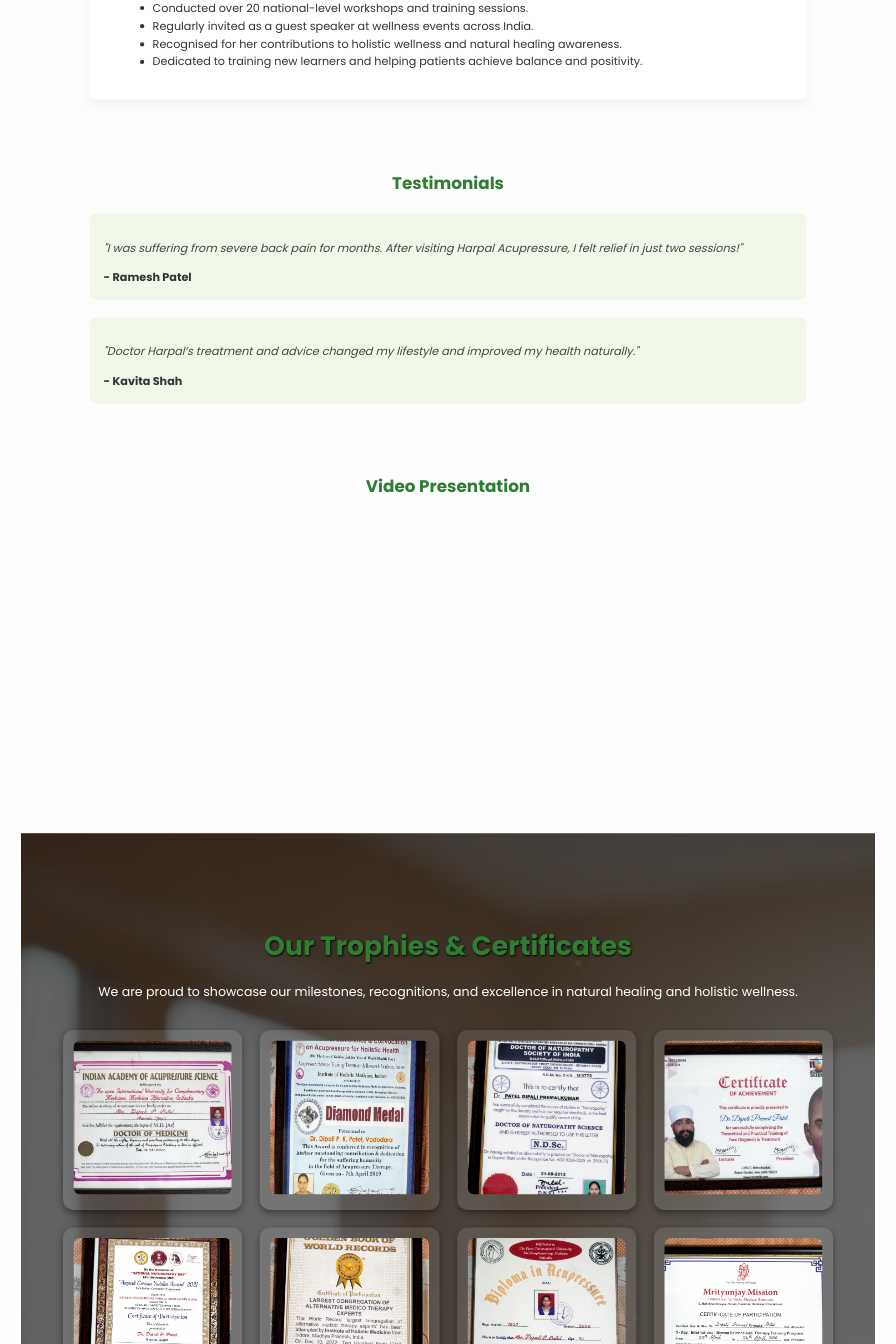
Repository: swasthiik/my-websites
Page: about.html
These files come from the project's save history. The page is drawn as it stood at one moment and after the next save; the edit follows.
The browser window is 1280 px wide. The pictures show the part of the page from y = 908 to 2828 px (the page is 4483 px tall before and 4048 px after), at 70% of full size.
Pictures or frames that could not be fetched are drawn as grey boxes.

Above is the page before, as saved 2025-10-28 01:22:21.

### about.html
<!DOCTYPE html>
<html lang="en">
<head>
  <meta charset="UTF-8">
  <meta name="viewport" content="width=device-width, initial-scale=1.0">
  <title>About – Harpal Acupressure</title>
  <link href="https://fonts.googleapis.com/css2?family=Poppins:wght@300;400;600;700&display=swap" rel="stylesheet">
  <style>
    body {
      margin: 0;
      font-family: 'Poppins', sans-serif;
      background: #fdfdfd;
      color: #333;
      line-height: 1.6;
    }
    header {
      background: #2e7d32;
      color: white;
      padding: 15px 20px;
      text-align: center;
      font-size: 1.4rem;
      font-weight: 600;
      letter-spacing: 1px;
    }
    section {
      padding: 40px 10%;
      max-width: 1100px;
      margin: auto;
    }
    h2 {
      text-align: center;
      color: #2e7d32;
      margin-bottom: 20px;
    }
    .content-box {
      background: #fff;
      padding: 25px;
      border-radius: 10px;
      box-shadow: 0 6px 16px rgba(0,0,0,0.05);
    }
    ul {
      list-style: disc;
      margin-left: 25px;
    }
    iframe {
      display: block;
      margin: 30px auto;
      border-radius: 10px;
    }
    .testimonial {
      background: #f1f8e9;
      padding: 20px;
      border-radius: 10px;
      margin-top: 25px;
    }
    .testimonial p {
      font-style: italic;
      color: #444;
    }

    /* Achievements Section */
    #achievements {
      background: url('images/background5.jpg') no-repeat center/cover;
      padding: 100px 60px;
      color: #fff;
      text-align: center;
      position: relative;
      margin-top: 60px;
    }
    #achievements::before {
      content: '';
      position: absolute;
      top: 0; left: 0;
      width: 100%; height: 100%;
      background: rgba(0,0,0,0.6);
    }
    #achievements .inner { position: relative; z-index: 1; }
    #achievements h2 {
      font-size: 38px;
      margin-bottom: 20px;
      text-shadow: 1px 1px 3px #000;
    }
    #achievements p {
      margin-bottom: 40px;
      font-size: 18px;
    }
    .trophy-grid {
      display: grid;
      grid-template-columns: repeat(auto-fit, minmax(250px, 1fr));
      gap: 25px;
    }
    .trophy-card {
      background: rgba(255, 255, 255, 0.1);
      border-radius: 15px;
      padding: 15px;
      box-shadow: 0 4px 10px rgba(0,0,0,0.4);
      transition: transform 0.3s ease, box-shadow 0.3s ease;
    }
    .trophy-card:hover {
      transform: translateY(-8px);
      box-shadow: 0 6px 14px rgba(0,0,0,0.5);
    }
    .trophy-card img {
      width: 100%;
      height: 220px;
      object-fit: cover;
      border-radius: 10px;
    }

    footer {
      text-align:center;
      background:#2e7d32;
      color:white;
      padding:12px;
    }
  </style>
</head>
<body>

<header>About Harpal Acupressure</header>

<section>
  <h2>Journey & Achievements</h2>
  <div class="content-box">
    <ul>
      <li>2005 – Completed Basic Acupressure Course from Indira Gandhi Open University (IGNOU).</li>
      <li>2007 – Completed M.D. from Indian Academy of Acupressure Science, Indore University, Sri Lanka.</li>
      <li>2007 – Gold Medal recognition by Charotar Moti Satyavis.</li>
      <li>2009 – Gold Medal from Indian Academy of Acupressure at 8th National Acupressure Conference.</li>
      <li>2010 – Became a certified member of Rajasthan Vaikalpik Swasthya Sanstha (Acupressure Board).</li>
      <li>2013 – Awarded Doctor’s Degree in Naturopathy Science.</li>
      <li>Organised and managed multiple 3-day camps on Acupressure & Sujok Therapy (Nasokvala Hall Ode Bazar, Umreth).</li>
      <li>Held 3-day camp in Nasik for Acupressure & Sujok Therapy organised by Jalaram Temple Trust and Maheshbhai Shah.</li>
      <li>1-day camp in Jubilee Baug, Vadodara for Sai Baba Temple Trust.</li>
      <li>Debate programme on Acupressure broadcasted on “AKASHVANI” (Vadodara) – 25 Dec 2010.</li>
      <li>Regular articles published in health magazine “Arogyamantra”.</li>
      <li>2010 & 2012 – Delivered lectures for senior citizens in Anand (organised by Lion Club).</li>
      <li>Held 15–20 lectures and training camps in Vadodara city for senior citizens and wellness seekers.</li>
      <li>Delivered lectures in Pune at “Shivyog” events (Science Beyond Science).</li>
      <li>Conducted training for GER GGEB Company, Vadodara.</li>
      <li>2016 – Completed Dietitian Course from JSRFC Trust (16 Dec 2016).</li>
      <li>6 Aug 2017 – Gold Medal at National Conference on Health & Wellness (Heritage Foundation).</li>
      <li>16 Feb 2018 – Honoured by Association of Alliance Clubs International (District 123, Ahmedabad).</li>
      <li>Received “Shrimani Award” at National Conference on Health & Wellness through Holistic Approach (2017, Vadodara).</li>
      <li>Received “Diamond Award” from Acupressure Training & Research Centre (2018, Lokmat Media Partner).</li>
    </ul>

    <h3 style="color:#2e7d32;margin-top:22px;margin-bottom:10px;">Profile Summary</h3>
    <ul>
      <li>Specialised in Acupressure, Naturopathy, and Sujok therapies.</li>
      <li>Conducted over 20 national-level workshops and training sessions.</li>
      <li>Regularly invited as a guest speaker at wellness events across India.</li>
      <li>Recognised for her contributions to holistic wellness and natural healing awareness.</li>
      <li>Dedicated to training new learners and helping patients achieve balance and positivity.</li>
    </ul>
  </div>
</section>

<section>
  <h2>Testimonials</h2>
  <div class="testimonial">
    <p>"I was suffering from severe back pain for months. After visiting Harpal Acupressure, I felt relief in just two sessions!"</p>
    <strong>- Ramesh Patel</strong>
  </div>
  <div class="testimonial">
    <p>"Doctor Harpal’s treatment and advice changed my lifestyle and improved my health naturally."</p>
    <strong>- Kavita Shah</strong>
  </div>
</section>

<section>
  <h2>Video Presentation</h2>
  <iframe width="560" height="315" src="https://www.youtube.com/embed/your_video_id"
    title="Harpal Acupressure Journey" frameborder="0" allowfullscreen></iframe>
</section>

<!-- Certificates & Trophies Section -->
<section id="achievements">
  <div class="inner">
    <h2>Our Trophies & Certificates</h2>
    <p>We are proud to showcase our milestones, recognitions, and excellence in natural healing and holistic wellness.</p>

    <div class="trophy-grid">
      <!-- 26 certificates/trophies -->
      <div class="trophy-card"><img src="images/crt1.jpg" alt="Certificate 1"></div>
      <div class="trophy-card"><img src="images/crt2.jpg" alt="Certificate 2"></div>
      <div class="trophy-card"><img src="images/crt3.jpg" alt="Certificate 3"></div>
      <div class="trophy-card"><img src="images/crt4.jpg" alt="Certificate 4"></div>
      <div class="trophy-card"><img src="images/crt5.jpg" alt="Certificate 5"></div>
      <div class="trophy-card"><img src="images/crt6.jpg" alt="Certificate 6"></div>
      <div class="trophy-card"><img src="images/crt7.jpg" alt="Certificate 7"></div>
      <div class="trophy-card"><img src="images/crt8.jpg" alt="Certificate 8"></div>
      <div class="trophy-card"><img src="images/crt9.jpg" alt="Certificate 9"></div>
      <div class="trophy-card"><img src="images/crt10.jpg" alt="Certificate 10"></div>
      <div class="trophy-card"><img src="images/crt11.jpg" alt="Certificate 11"></div>
      <div class="trophy-card"><img src="images/crt12.jpg" alt="Certificate 12"></div>
      <div class="trophy-card"><img src="images/crt13.jpg" alt="Certificate 13"></div>
      <div class="trophy-card"><img src="images/crt14.jpg" alt="Certificate 14"></div>
      <div class="trophy-card"><img src="images/crt15.jpg" alt="Certificate 15"></div>
      <div class="trophy-card"><img src="images/crt16.jpg" alt="Certificate 16"></div>
      <div class="trophy-card"><img src="images/crt17.jpg" alt="Certificate 17"></div>
      <div class="trophy-card"><img src="images/crt18.jpg" alt="Certificate 18"></div>
      <div class="trophy-card"><img src="images/crt19.jpg" alt="Certificate 19"></div>
      <div class="trophy-card"><img src="images/crt20.jpg" alt="Certificate 20"></div>
      <div class="trophy-card"><img src="images/crt21.jpg" alt="Certificate 21"></div>
      <div class="trophy-card"><img src="images/crt22.jpg" alt="Certificate 22"></div>
      <div class="trophy-card"><img src="images/crt23.jpg" alt="Certificate 23"></div>
      <div class="trophy-card"><img src="images/crt24.jpg" alt="Certificate 24"></div>
      <div class="trophy-card"><img src="images/crt25.jpg" alt="Certificate 25"></div>
      <div class="trophy-card"><img src="images/crt26.jpg" alt="Certificate 26"></div>
    </div>
  </div>
</section>

<footer>
  &copy; 2025 Harpal Acupressure — All Rights Reserved
</footer>

</body>
</html>

After the next save:
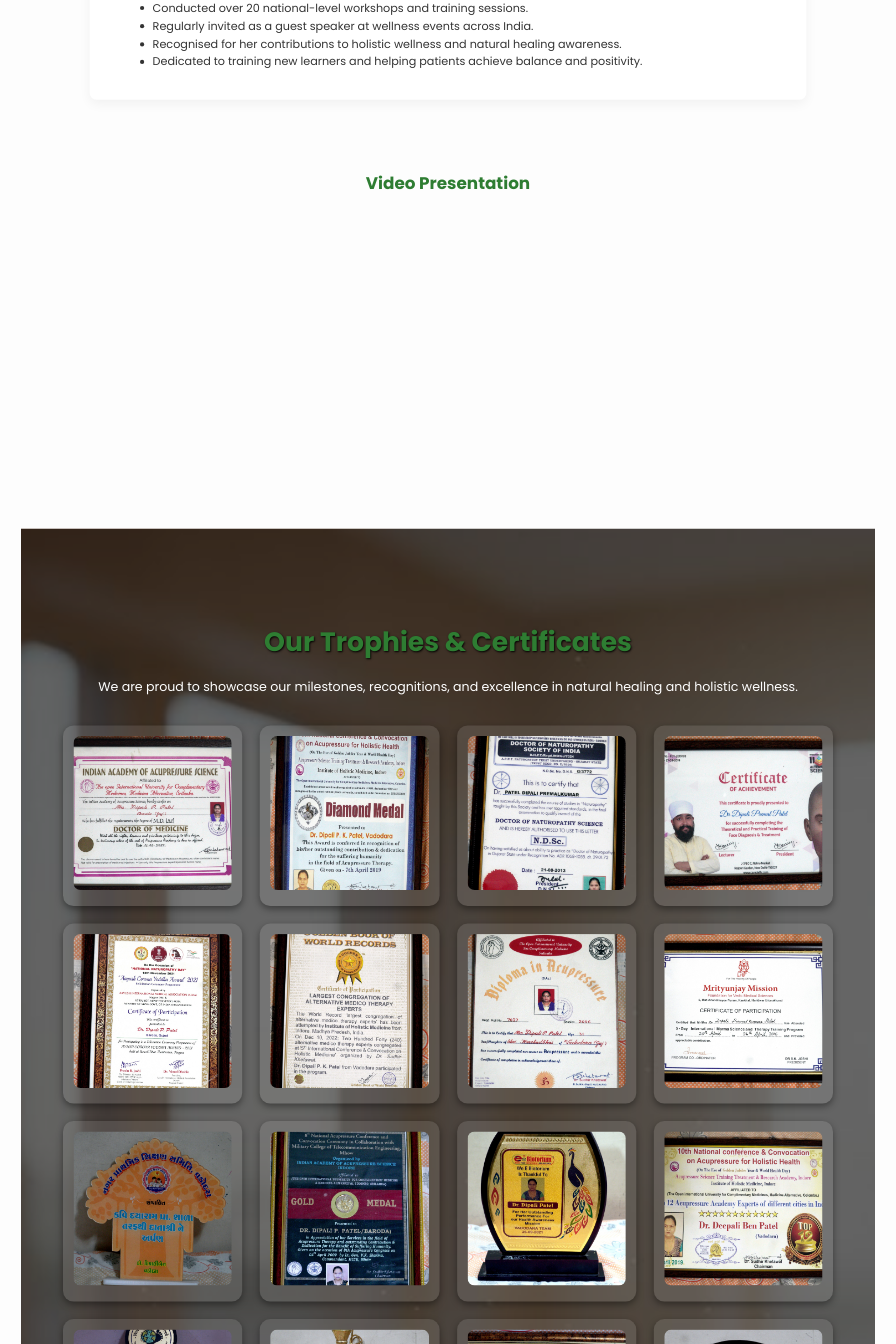
Saved 67 s later.
--- a/about.html
+++ b/about.html
@@ -153,18 +153,6 @@
       <li>Recognised for her contributions to holistic wellness and natural healing awareness.</li>
       <li>Dedicated to training new learners and helping patients achieve balance and positivity.</li>
     </ul>
-  </div>
-</section>
-
-<section>
-  <h2>Testimonials</h2>
-  <div class="testimonial">
-    <p>"I was suffering from severe back pain for months. After visiting Harpal Acupressure, I felt relief in just two sessions!"</p>
-    <strong>- Ramesh Patel</strong>
-  </div>
-  <div class="testimonial">
-    <p>"Doctor Harpal’s treatment and advice changed my lifestyle and improved my health naturally."</p>
-    <strong>- Kavita Shah</strong>
   </div>
 </section>
 
